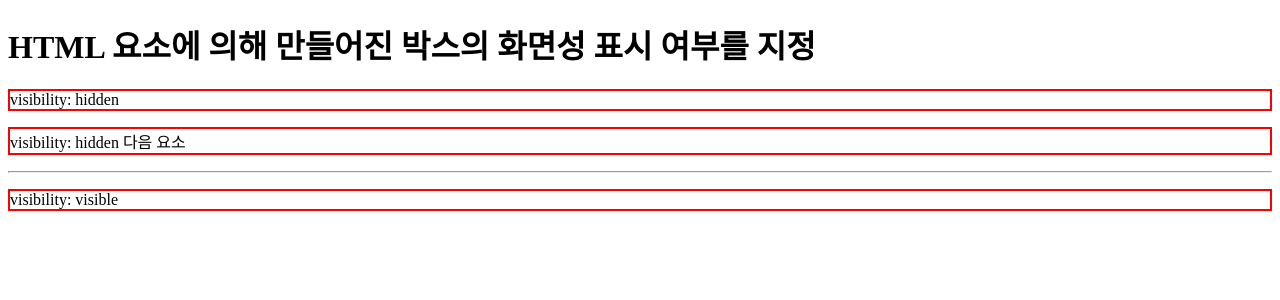
Repository: cussip/SuperHands
Page: WebExam/src/main/webapp/css/box_model/visibility.html
The author's editor kept a copy of each file at every save. The page is drawn from the files as they stood at one save, then again after the next save.
The browser window is 1280 px wide. The pictures show the whole page.

Above is the page before, as saved 2022-02-01 01:13:39.

### WebExam/src/main/webapp/css/box_model/visibility.html
<!DOCTYPE html>
<html>
<head>
	<meta charset="UTF-8">
	<title>visibility.html</title>
	<style>
		p {
			border: #F00 solid 2px;
		}
	</style>
</head>
<body>
	<h1>HTML 요소에 의해 만들어진 박스의 화면성 표시 여부를 지정</h1>
	<p class="hidden">visibility: hidden</p>
	<p class="next">visibility: hidden 다음 요소</p>
	<hr>
	<p class="visible">visibility: visible</p>
</body>
</html>

After the next save:
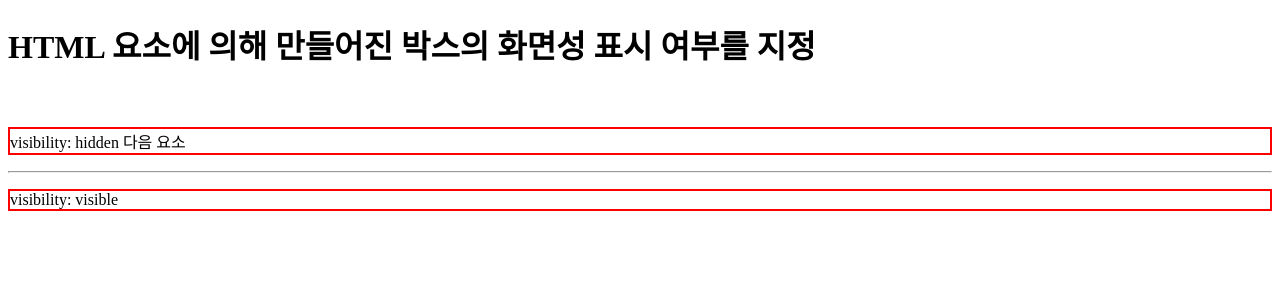
Saved 34 s later.
--- a/WebExam/src/main/webapp/css/box_model/visibility.html
+++ b/WebExam/src/main/webapp/css/box_model/visibility.html
@@ -6,6 +6,9 @@
 	<style>
 		p {
 			border: #F00 solid 2px;
+		}
+		.hidden {
+			visibility: hidden;
 		}
 	</style>
 </head>
